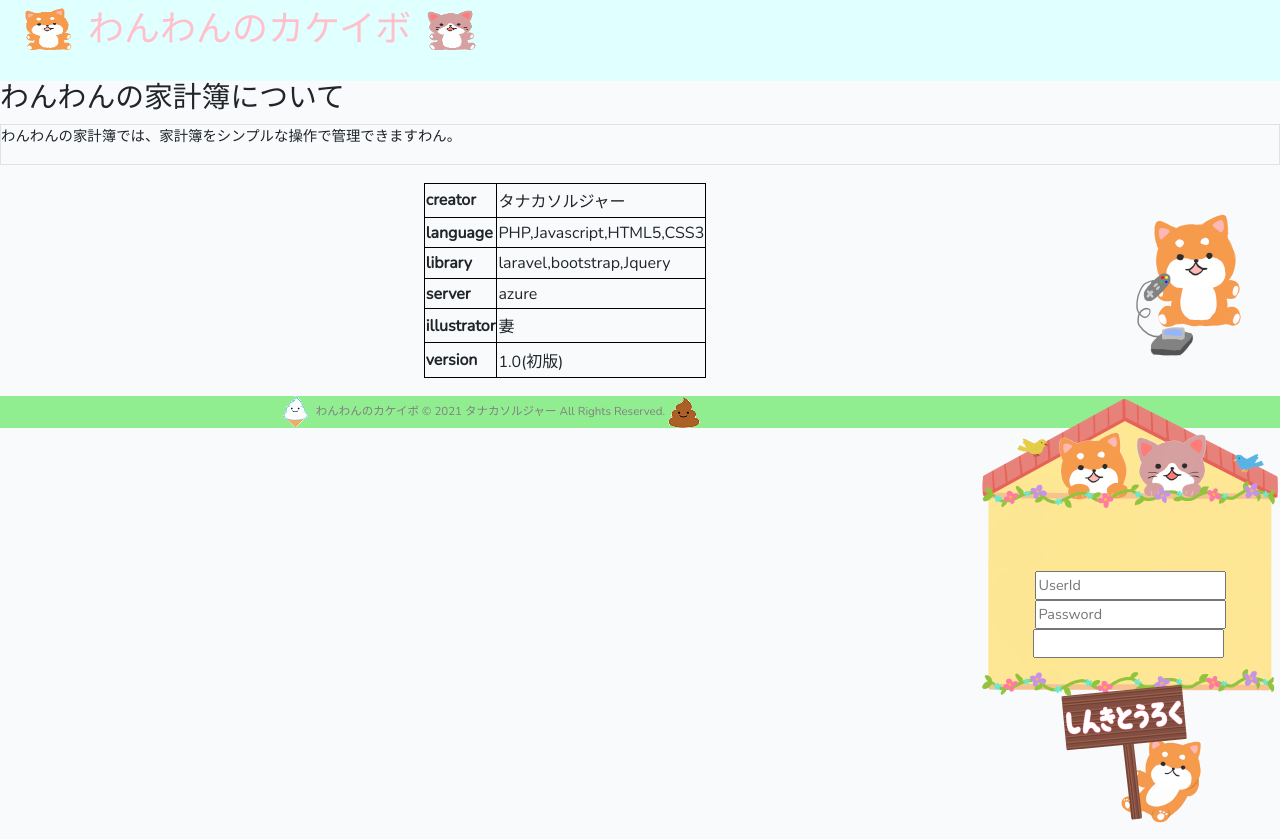
Repository: tatsuya-tanaka27/wanwannokakeibo
Page: http://localhost/wanwannokakeibo/login
These files come from the project's save history. The page is drawn as it stood at one moment and after the next save; the edit follows.
The browser window is 1280 px wide. The pictures show the whole page.
Some web fonts or font styles are not loaded; a fallback is used. The page is served by the project's Laravel application, run on PHP 8.4 with Laravel 8. Other server files are loaded and not shown.

Above is the page before, as saved 2021-03-05 13:44:00.
Console error: ReferenceError: $ is not defined

### laravelapp/routes/web.php
<?php

use Illuminate\Support\Facades\Route;
use App\Http\Controllers\IndexController;
use App\Http\Controllers\LoginController;

/*
|--------------------------------------------------------------------------
| Web Routes
|--------------------------------------------------------------------------
|
| Here is where you can register web routes for your application. These
| routes are loaded by the RouteServiceProvider within a group which
| contains the "web" middleware group. Now create something great!
|
*/


Route::get('/', function () { return view('welcome');});
//Route::get('/wanwannokakeibo/index', 'IndexController@index');
Route::get('/wanwannokakeibo/index', [IndexController::class, 'index']);
Route::post('/wanwannokakeibo/index', [IndexController::class, 'post']);
Route::get('/wanwannokakeibo/login', [LoginController::class, 'index']);
Route::post('/wanwannokakeibo/login', [LoginController::class, 'post']);

Auth::routes();

Route::get('/home', [App\Http\Controllers\HomeController::class, 'index'])->name('home');

### laravelapp/app/Http/Controllers/LoginController.php
<?php

namespace App\Http\Controllers;

use Illuminate\Http\Request;

class LoginController extends Controller
{
    public function index(Request $request)
    {
        return view('kakeibo.login');
    }

    public function post(Request $request)
    {

    }
}

### laravelapp/resources/views/kakeibo/login.blade.php
@extends('layouts.base2')

@section('title', 'わんわんの家計簿 トップ')

@section('content')
    <h2 id="login-h2" class="h2" align="left">
		わんわんの家計簿について
	</h2>
	<fieldset class="border">
		<p>
			わんわんの家計簿では、家計簿をシンプルな操作で管理できますわん。
		</p>
	</fieldset>
	<div id="summary-area" class="d-flex p-2 bd-highlight">
		<table id="summary-table">
			<tr>
				<th>creator</th>
                <td>タナカソルジャー</td>
			</tr>
			<tr>
				<th>language</th>
				<td>PHP,Javascript,HTML5,CSS3</td>
			</tr>
			<tr>
				<th>library</th>
				<td>laravel,bootstrap,Jquery</td>
			</tr>
			<tr>
				<th>server</th>
				<td>azure</td>
			</tr>
			<tr>
				<th>illustrator</th>
				<td>妻</td>
			</tr>
			<tr>
				<th>version</th>
				<td>1.0(初版)</td>
			</tr>
		</table>
		<div>
			<span></span>
			<a href="https://wanwannogame.web.app/wanwannogame/index.html">
				<img src="/images/game150.PNG" alt="わんわんのゲーム" />
			</a>
		</div>
	</div>
	<div id="login-area">
		<div id="login-fome-area" class="float-right">
			<img class="img-fluid" src="/images/loginhome300.PNG" alt="ログインの家"	/>
			<form id="login-form" class="text-center container">
				<div id="login-input">
					<input id="login-un" type="text" align="center"	placeholder="UserId" />
					<br />
					<input id="login-pass" type="password" align="center" placeholder="Password" />
					<br />
                    <input type="submit image" id="login-submit" class="img-fluid" src="/images/login100.PNG" alt="ログイン">
					<a id="login-submit" align="center" href="index.html">
						<img  />
					</a>
					<br />
					<br />
					<a href="userRegistration.html">
						<img class="img-fluid" src="/images/shinkitoroku150.PNG" alt="しんきとうろく" />
					</a>
				</div>
			</form>
		</div>
    </div>
@endsection

### laravelapp/resources/views/layouts/base2.blade.php
<html>
    <head>
        <meta charset="utf-8" />
		<meta name="viewport" content="width=device-width, initial-scale=1, shrink-to-fit=no" />
		<link href="https://fonts.googleapis.com/earlyaccess/nicomoji.css" rel="stylesheet"	/>
		<link rel="shortcut icon" href="{{ asset('/favicon.ico') }}" type="image/vnd.microsoft.icon" />
		<link rel="stylesheet" href="/css/style.css" />
		<link rel="stylesheet" href="/css/kakeibo.css" />
        <link href="{{ asset('css/app.css') }}" rel="stylesheet">
        <script src="{{ asset('js/app.js') }}"></script>
        <title>@yield('title')</title>
    </head>
    <body>
        <section id="header-area">
		    <header class="d-flex p-2 bd-highlight">
			    <img class="img-fluid" src="/images/inu80.png" alt="わんわん" />
			    <h1 class="h1 wf-nicomoji">わんわんのカケイボ</h1>
			    <img class="img-fluid" src="/images/neko80.png" alt="にゃんにゃん"	/>
    		</header>
    	</section>
        <section>
            <main>
                @yield('content')
            </main>
        </section>
        <section id="footer-area">
			<footer>
				<img class="img-fluid" src="/images/softcream32.png" alt="そふとくん" />
				<small>
					わんわんのカケイボ © 2021 タナカソルジャー All Rights Reserved.
				</small>
				<img class="img-fluid" src="/images/unchi32.png" alt="うんちくん" />
			</footer>
		</section>
        <script type="text/javascript" src="/js/kakeibo.js"></script>
    </body>
</html>

### laravelapp/public/css/style.css
@charset "UTF-8";
/* 外部スタイルと各画面共通用のスタイル */

/* 外部スタイル start */
.wf-nicomoji {
	font-family: "Nico Moji" !important;
}

/* 外部スタイル end */

/* 共通スタイル start */

html {
	width: 100%;
	height: 100%;
	font-family: sans-serif;
}

body {
	background-color: honeydew;
}

table {
	margin: 10px auto;
}

th {
	text-align: center;
	border: 1px black solid;
}

td {
	border: 1px black solid;
}

img {
	margin: 0px;
	padding: 0px;
}

a:hover {
	opacity: 0.7;
}

h1 {
	color: pink !important;
}

#top-link-title:hover {
	opacity: 0.5;
	cursor: pointer;
}

#wrapper {
}

main {
}

#header-area {
	background-color: lightcyan;
}

header {
	width: 100%;
}

header img {
	margin-top: -15px;
}

#user-area {
	margin: 0px !important;
	padding: 0px !important;
}

#footer-area {
	background-color: lightgreen;
	text-align: center;
}

small {
	color: gray;
}

.ma {
	margin: auto;
}

.cb {
	/* floatを解除 */
	clear: both;
}

.ts {
	text-align: center;
}

/* 共通スタイル end */

/* ハンバーガーメニュー用のスタイル start */

.menu-btn {
	position: fixed;
	top: 10px;
	right: 10px;
	display: flex;
	height: 60px;
	width: 60px;
	justify-content: center;
	align-items: center;
	z-index: 90;
	background-color: #3584bb;
}
.menu-btn span,
.menu-btn span:before,
.menu-btn span:after {
	content: "";
	display: block;
	height: 3px;
	width: 25px;
	border-radius: 3px;
	background-color: #ffffff;
	position: absolute;
}
.menu-btn span:before {
	bottom: 8px;
}
.menu-btn span:after {
	top: 8px;
}

#menu-btn-check:checked ~ .menu-btn span {
	background-color: rgba(
		255,
		255,
		255,
		0
	); /*メニューオープン時は真ん中の線を透明にする*/
}
#menu-btn-check:checked ~ .menu-btn span::before {
	bottom: 0;
	transform: rotate(45deg);
}
#menu-btn-check:checked ~ .menu-btn span::after {
	top: 0;
	transform: rotate(-45deg);
}

#menu-btn-check {
	display: none;
}

.menu-content {
	width: 20%;
	height: 100%;
	position: fixed;
	top: 0;
	right: 0; /*rightの値を変更してメニューを画面外へ*/
	z-index: 80;
	background-color: #3584bb;
	transition: all 0.5s; /*アニメーション設定*/
	display: none;
}
.menu-content ul {
	padding: 70px 10px 0;
}
.menu-content ul li {
	border-bottom: solid 1px #ffffff;
	list-style: none;
}
.menu-content ul li a {
	display: block;
	width: 100%;
	font-size: 15px;
	box-sizing: border-box;
	color: #ffffff;
	text-decoration: none;
	padding: 9px 15px 10px 0;
	position: relative;
}
.menu-content ul li a::before {
	content: "";
	width: 7px;
	height: 7px;
	border-top: solid 2px #ffffff;
	border-right: solid 2px #ffffff;
	transform: rotate(45deg);
	position: absolute;
	right: 11px;
	top: 16px;
}

#menu-btn-check:checked ~ .menu-content {
	display: block;
}

/* ハンバーガーメニュー用のスタイル end */

/* レスポンシブ用のスタイル start */

/* レスポンシブ用のスタイル end */

### laravelapp/public/css/kakeibo.css
@charset "UTF-8";
/* 各画面固有のスタイル */

/* ログイン画面用スタイル */

#login-guide-area {
}

#login-area {
}

#login-guide-table {
	width: 99%;
}

#login-guide-legend {
	width: auto;
	margin-left: 1em;
}

#login-form {
	margin-top: -125px;
}

#userRegistration-area {
	margin-top: 50px;
}

/* ユーザー登録画面用スタイル */

/* トップ画面用スタイル */

#top-description-border {
	background-color: lightyellow;
}

#top-description-legend {
	color: rgb(0, 111, 191);
	margin: 0px;
	padding: 0px;
}

/* 入力画面用スタイル */

/* 家計簿登録画面用スタイル */

/* 家計簿一覧画面用スタイル */

### laravelapp/public/js/kakeibo.js
window.onload = function() {

};

$(function(){
 $('#inputArea').width($('#inputTable').width());
 $('#listArea').width($('#listTable').width());
});

Loaded but not shown: laravelapp/app/Http/Controllers/Auth/ConfirmPasswordController.php (common file); laravelapp/app/Http/Controllers/Controller.php (common file); laravelapp/public/css/app.css (library)

After the next save:
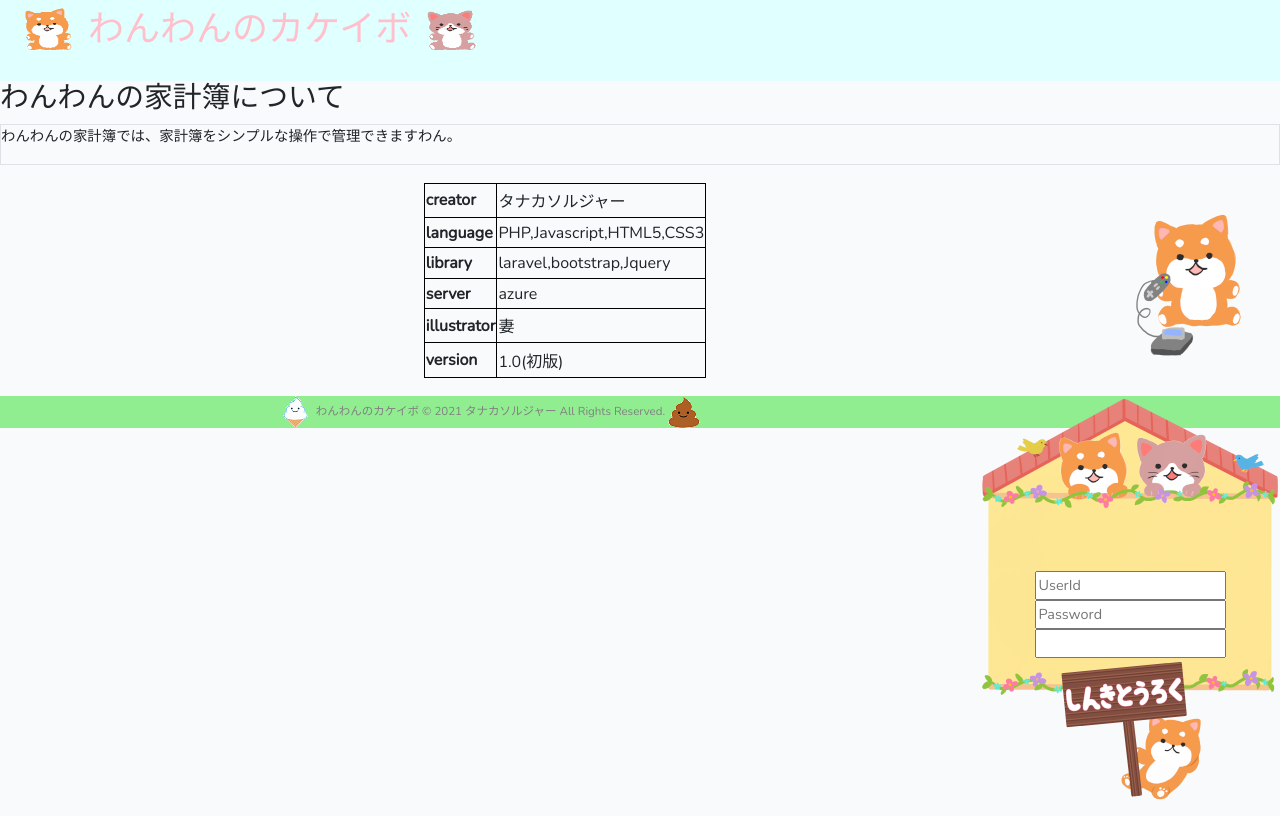
Saved 15 s later.
--- a/laravelapp/resources/views/kakeibo/login.blade.php
+++ b/laravelapp/resources/views/kakeibo/login.blade.php
@@ -55,10 +55,6 @@
 					<input id="login-pass" type="password" align="center" placeholder="Password" />
 					<br />
                     <input type="submit image" id="login-submit" class="img-fluid" src="/images/login100.PNG" alt="ログイン">
-					<a id="login-submit" align="center" href="index.html">
-						<img  />
-					</a>
-					<br />
 					<br />
 					<a href="userRegistration.html">
 						<img class="img-fluid" src="/images/shinkitoroku150.PNG" alt="しんきとうろく" />
